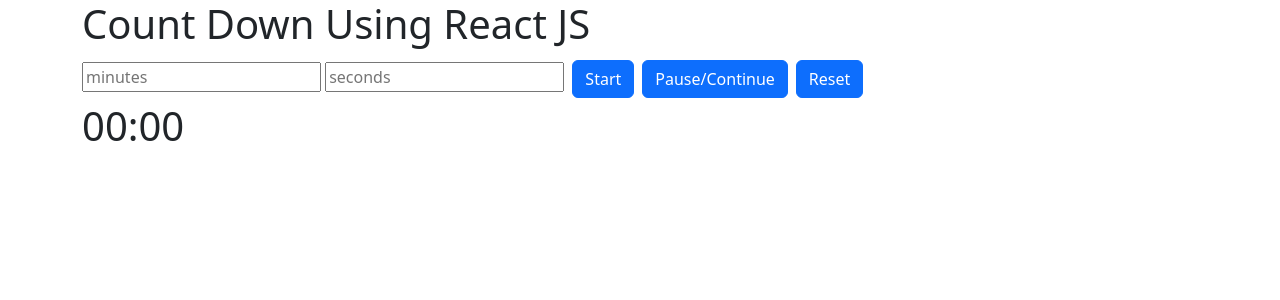
Repository: maheshdama13/reactjs-count-down
Page: /
These files come from the project's save history. The page is drawn as it stood at one moment and after the next save; the edit follows.
The browser window is 1280 px wide. The pictures show the whole page.
The project was rebuilt for these pictures with package versions that can differ from the ones it lists, and the page was loaded fresh each time. Also part of the build but not shown: src/App.css.

Above is the page before, as saved 2022-07-01 02:16:16.

### src/App.js
import logo from './logo.svg';
import './App.css';
import CountDown from './components/CountDown';

function App() {
  return (
    <CountDown />
  );
}

export default App;

### src/components/CountDown.js
import React, {useState, useEffect, useRef} from 'react'

export default function CountDown() {
  const [timer, setTimer] = useState(0);
  const [formattedTimer, setFormattedTimer] = useState("00:00");
  const [isTimerRunning, setIsTimerRunning] = useState(0);

  const formData = useRef(null)

  useEffect(() => {
    let interval = 0;
    if(isTimerRunning === 1) {
      interval = setInterval(() => {
        if(timer > 0)
          setTimer(timer-1);
        }, 1000);
      }


    setFormattedTimer(formatTimer(timer))
    return () => clearInterval(interval);
  }, [timer, isTimerRunning]);

  const formatTimer = (timeData) => {
    let m = Math.floor(timeData % 3600 / 60);
    m = (m<=9) ? '0'+m : m;
    let s = Math.floor(timeData % 3600 % 60);
    s = (s<=9) ? '0'+s : s;
    return m+':'+s;
  }

  const startHandler = () => {
    setIsTimerRunning(1);
    const form = formData.current
    let minutes = form['minutes'].value;
    let seconds = form['seconds'].value;
    let timerVal = Number(minutes*60) + Number(seconds);
    setTimer(timerVal);
  }

  const pauseHandler = () => {
    setIsTimerRunning(prevState => {
      if(prevState === 1) {
        return 0
      } else {
        return 1;
      }
    });
  }

  const resetHandler = () => {
    formData.current.reset();
    setIsTimerRunning(0);
    setTimer(0);
  }

  return (
    <div className='container'>
    <h1>Count Down Using React JS</h1>
      <form ref={formData}>
        <input name='minutes' type="number" placeholder='minutes' />&nbsp;
        <input name='seconds' type="number" placeholder='seconds' />&nbsp;
        <button type="button" className='btn btn-primary m-1' onClick={startHandler}>Start</button>
        <button type="button" className='btn btn-primary m-1' onClick={pauseHandler}>Pause/Continue</button>
        <button type="button" className='btn btn-primary m-1' onClick={resetHandler}>Reset</button>
      </form>


      <h1>{formattedTimer} {isTimerRunning ? 'Running' : ''}</h1>
    </div>
  )
}

Loaded but not shown: public/index.html (common file); src/index.js (common file); src/index.css (common file); src/reportWebVitals.js (common file)

After the next save:
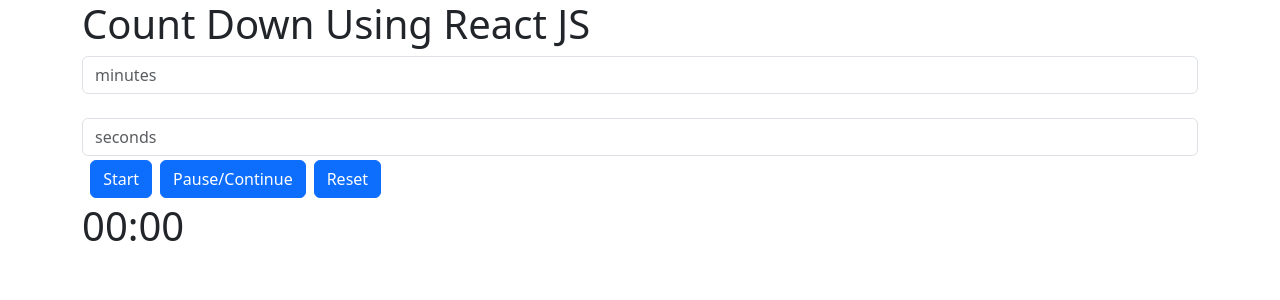
Saved 18 s later.
--- a/src/components/CountDown.js
+++ b/src/components/CountDown.js
@@ -58,8 +58,8 @@
     <div className='container'>
     <h1>Count Down Using React JS</h1>
       <form ref={formData}>
-        <input name='minutes' type="number" placeholder='minutes' />&nbsp;
-        <input name='seconds' type="number" placeholder='seconds' />&nbsp;
+        <input className='form-control' name='minutes' type="number" placeholder='minutes' />&nbsp;
+        <input className='form-control' name='seconds' type="number" placeholder='seconds' />&nbsp;
         <button type="button" className='btn btn-primary m-1' onClick={startHandler}>Start</button>
         <button type="button" className='btn btn-primary m-1' onClick={pauseHandler}>Pause/Continue</button>
         <button type="button" className='btn btn-primary m-1' onClick={resetHandler}>Reset</button>
